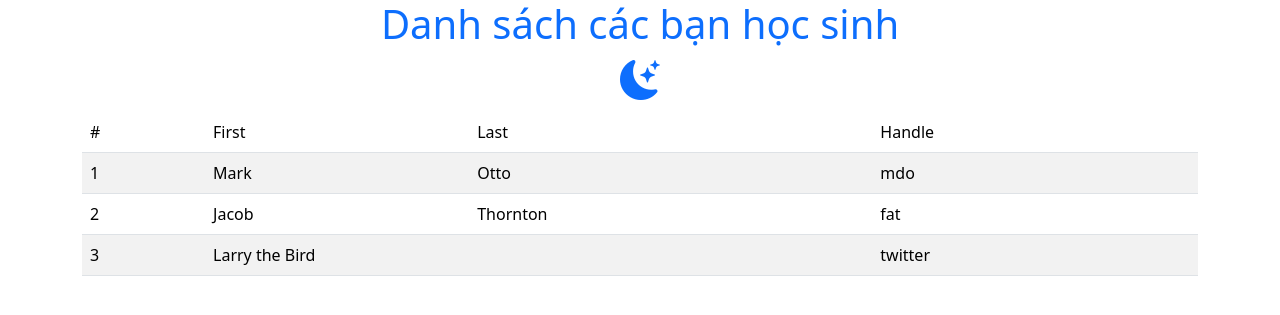
Repository: danghoanghai2k2/BeginAnguLar
Page: / (app in FirstAnGuLar/)
An editor plug-in stored every save of this project. The page is shown before and after the next save, followed by the edit.
The browser window is 1280 px wide. The pictures show the whole page.
The project was rebuilt for these pictures with package versions that can differ from the ones it lists, and the page was loaded fresh each time. Also part of the build but not shown: FirstAnGuLar/angular.json.

Above is the page before, as saved 2024-06-05 19:55:22.

### FirstAnGuLar/src/index.html
<!doctype html>
<html lang="en">
<head>
  <meta charset="utf-8">
  <title>FirstAnGuLar</title>
  <base href="/">
  <meta name="viewport" content="width=device-width, initial-scale=1">
  <link rel="icon" type="image/x-icon" href="data:[embedded picture, 6354 characters]">
</head>
<body>
  <app-root></app-root>
</body>
</html>

### FirstAnGuLar/src/styles.css

*,
*:before,
*:after {
  box-sizing: border-box;
}
* {
  margin: 0;
  padding: 0;
  font: inherit;
}
img,
picture,
svg,
video {
  display: block;
  max-width: 100%;
}
input,
select,
textarea {
  background-color: transparent;
  outline: none;
}
button {
  cursor: pointer;
  background-color: transparent;
  outline: none;
  border: 0;
}
body {
  min-height: 100vh;
  font-weight: 400;
  font-size: 16px;
  line-height: 1;
}

### FirstAnGuLar/src/main.ts
import { bootstrapApplication } from '@angular/platform-browser';
import { appConfig } from './app/app.config';
import { AppComponent } from './app/app.component';
// import { ChildComponent } from './app/child/child.component';

bootstrapApplication(AppComponent, appConfig)
  .catch((err) => console.error(err));

### FirstAnGuLar/src/app/app.component.ts
import { Component } from '@angular/core';
import { RouterOutlet } from '@angular/router';

@Component({
  selector: 'app-root',
  standalone: true,
  imports: [RouterOutlet],
  templateUrl: './app.component.html',
  styleUrl: './app.component.css'
})
export class AppComponent {
  title = 'Danh sách các bạn học sinh';
}

### FirstAnGuLar/src/app/app.component.html
<div class="container">
    <div class="header">
        <h1 class="text-center text-primary">{{title}}</h1>
        <h1 class="text-center text-primary"><i class="bi bi-moon-stars-fill"></i></h1>
    </div>
    <table class="table table-striped">
        <thead>
          <tr>
            <th scope="col">#</th>
            <th scope="col">First</th>
            <th scope="col">Last</th>
            <th scope="col">Handle</th>
          </tr>
        </thead>
        <tbody>
          <tr>
            <th scope="row">1</th>
            <td>Mark</td>
            <td>Otto</td>
            <td>mdo</td>
          </tr>
          <tr>
            <th scope="row">2</th>
            <td>Jacob</td>
            <td>Thornton</td>
            <td>fat</td>
          </tr>
          <tr>
            <th scope="row">3</th>
            <td colspan="2">Larry the Bird</td>
            <td>twitter</td>
          </tr>
        </tbody>
      </table>

</div>

Loaded but not shown: FirstAnGuLar/src/app/app.config.ts (common file); FirstAnGuLar/src/app/app.routes.ts (common file); FirstAnGuLar/src/app/app.component.css (no stored copy; drawn as an empty file)

After the next save:
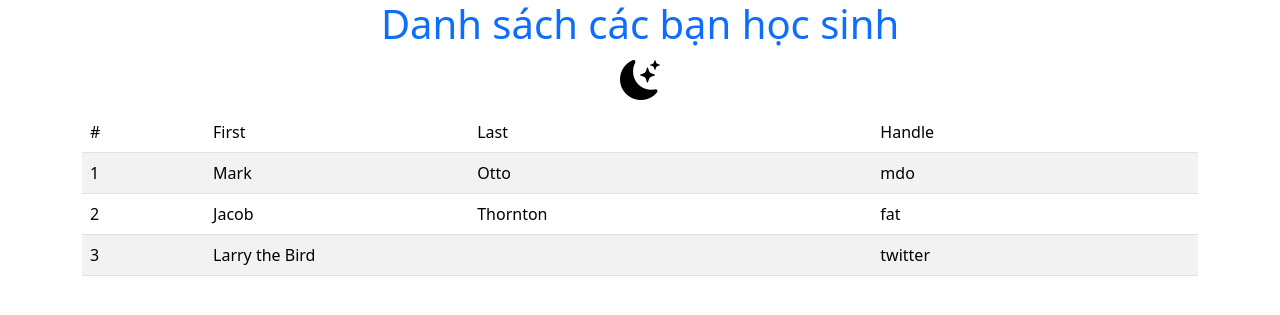
Saved 27 s later.
--- a/FirstAnGuLar/src/app/app.component.html
+++ b/FirstAnGuLar/src/app/app.component.html
@@ -1,7 +1,7 @@
 <div class="container">
     <div class="header">
         <h1 class="text-center text-primary">{{title}}</h1>
-        <h1 class="text-center text-primary"><i class="bi bi-moon-stars-fill"></i></h1>
+        <h1 class="text-center text-black"><i class="bi bi-moon-stars-fill"></i></h1>
     </div>
     <table class="table table-striped">
         <thead>
